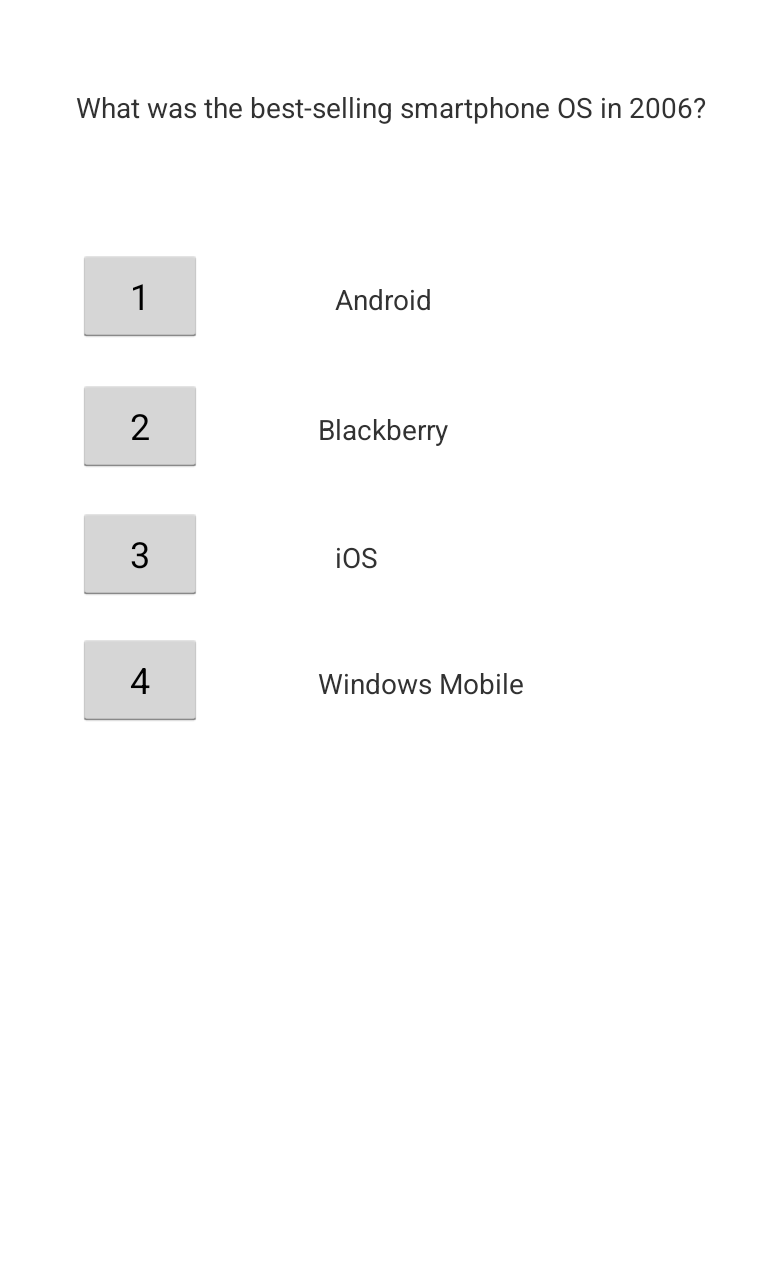
Repository: kjaquier/hangman
Layout: examples/exercises/CS175/Unit3/res/layout/activity_main.xml
The author's editor kept a copy of each file at every save. The layout is drawn from the files as they stood at one save, then again after the next save.
It is drawn on a 768 x 1280 px phone screen (xhdpi) without system bars, with theme AppTheme; the app's code is not run. Lists and similar views that code fills are empty.

Above is the layout before, as saved 2013-07-15 23:44:17.

### examples/exercises/CS175/Unit3/res/layout/activity_main.xml
<RelativeLayout xmlns:android="http://schemas.android.com/apk/res/android"
    xmlns:tools="http://schemas.android.com/tools"
    android:layout_width="match_parent"
    android:layout_height="match_parent"
    android:paddingBottom="@dimen/activity_vertical_margin"
    android:paddingLeft="@dimen/activity_horizontal_margin"
    android:paddingRight="@dimen/activity_horizontal_margin"
    android:paddingTop="@dimen/activity_vertical_margin"
    tools:context=".MainActivity" >

    <TextView
        android:id="@+id/textView1"
        android:layout_width="wrap_content"
        android:layout_height="wrap_content"
        android:layout_alignParentLeft="true"
        android:layout_alignParentTop="true"
        android:layout_marginLeft="22dp"
        android:layout_marginTop="28dp"
        android:text="@string/question_01" />

    <TextView
        android:id="@+id/textView2"
        android:layout_width="wrap_content"
        android:layout_height="wrap_content"
        android:layout_alignParentTop="true"
        android:layout_centerHorizontal="true"
        android:layout_marginTop="124dp"
        android:text="@string/answer_01" />

    <TextView
        android:id="@+id/textView3"
        android:layout_width="wrap_content"
        android:layout_height="wrap_content"
        android:layout_below="@+id/textView1"
        android:layout_centerHorizontal="true"
        android:layout_marginTop="142dp"
        android:text="@string/answer_02" />

    <TextView
        android:id="@+id/textView4"
        android:layout_width="wrap_content"
        android:layout_height="wrap_content"
        android:layout_alignLeft="@+id/textView2"
        android:layout_below="@+id/textView2"
        android:layout_marginTop="110dp"
        android:text="@string/answer_03" />

    <TextView
        android:id="@+id/textView5"
        android:layout_width="wrap_content"
        android:layout_height="wrap_content"
        android:layout_alignLeft="@+id/textView3"
        android:layout_below="@+id/textView3"
        android:layout_marginTop="108dp"
        android:text="@string/answer_04" />

    <Button
        android:id="@+id/button1"
        android:layout_width="wrap_content"
        android:layout_height="wrap_content"
        android:layout_alignBaseline="@+id/textView2"
        android:layout_alignBottom="@+id/textView2"
        android:layout_alignLeft="@+id/textView1"
        android:text="1" />

    <Button
        android:id="@+id/Button01"
        android:layout_width="wrap_content"
        android:layout_height="wrap_content"
        android:layout_alignBaseline="@+id/textView3"
        android:layout_alignBottom="@+id/textView3"
        android:layout_alignLeft="@+id/textView1"
        android:text="2" />

    <Button
        android:id="@+id/Button02"
        android:layout_width="wrap_content"
        android:layout_height="wrap_content"
        android:layout_alignBaseline="@+id/textView4"
        android:layout_alignBottom="@+id/textView4"
        android:layout_alignLeft="@+id/button1"
        android:text="3" />

    <Button
        android:id="@+id/Button03"
        android:layout_width="wrap_content"
        android:layout_height="wrap_content"
        android:layout_alignBaseline="@+id/textView5"
        android:layout_alignBottom="@+id/textView5"
        android:layout_alignLeft="@+id/Button01"
        android:text="4" />

</RelativeLayout>

### examples/exercises/CS175/Unit3/res/values/strings.xml
<?xml version="1.0" encoding="utf-8"?>
<resources>

    <string name="app_name">Unit2</string>
    <string name="action_settings">Settings</string>
    <string name="hello_world">Hello world!</string>
    <string name="question_01">What was the best-selling smartphone OS in 2006?</string>

    <string-array name="answers">
        <item>Android</item>
        <item>Blackberry</item>
        <item>iOS</item>
        <item>Windows Mobile</item>
    </string-array>

    <string name="answer_01">Android</string>
    <string name="answer_02">Blackberry</string>
    <string name="answer_03">iOS</string>
    <string name="answer_04">Windows Mobile</string>
    <string name="title_activity_response">ResponseActivity</string>


</resources>

Loaded but not shown: examples/exercises/CS175/Unit3/res/values/styles.xml (common file); examples/exercises/CS175/Unit3/res/values-v11/styles.xml (common file); examples/exercises/CS175/Unit3/res/values-v14/styles.xml (common file); examples/exercises/CS175/Unit3/res/values/dimens.xml (common file)

After the next save:
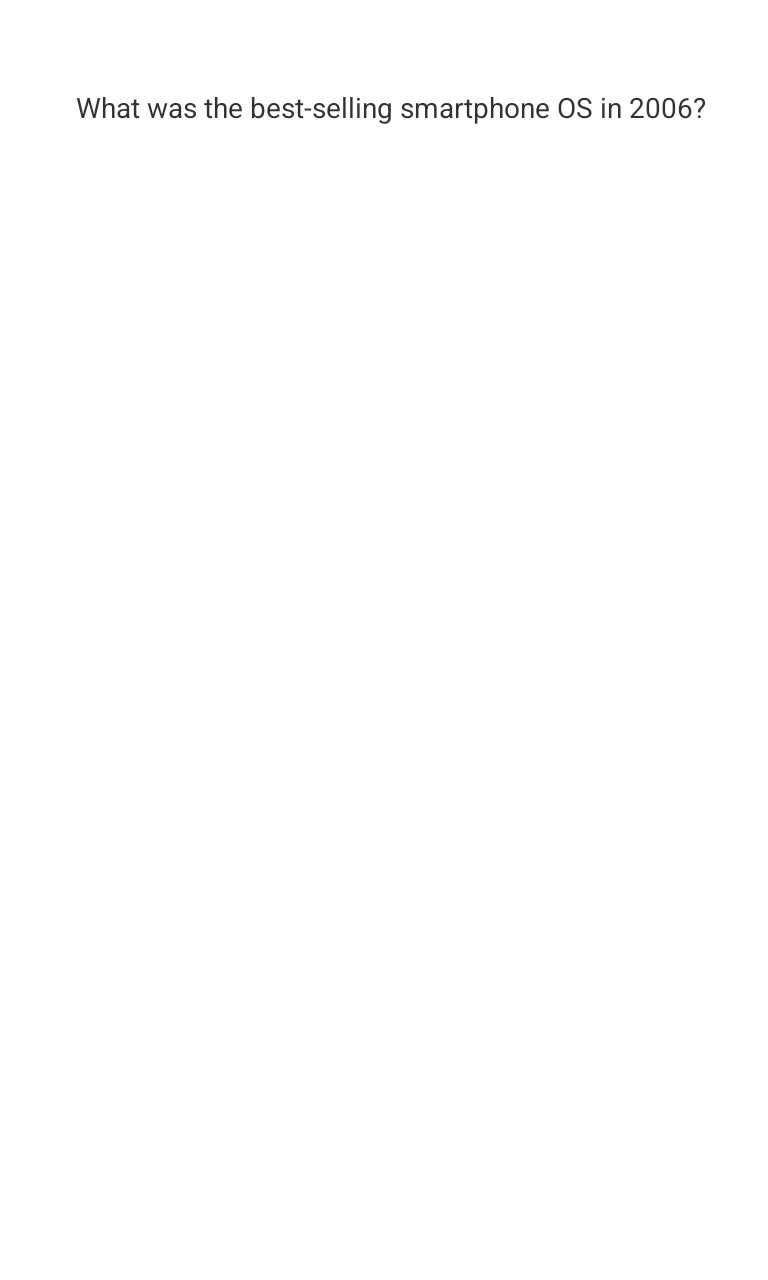
Saved 3 s later.
--- a/examples/exercises/CS175/Unit3/res/layout/activity_main.xml
+++ b/examples/exercises/CS175/Unit3/res/layout/activity_main.xml
@@ -18,76 +18,13 @@
         android:layout_marginTop="28dp"
         android:text="@string/question_01" />
 
-    <TextView
-        android:id="@+id/textView2"
-        android:layout_width="wrap_content"
+    <ListView
+        android:id="@+id/listView1"
+        android:layout_width="match_parent"
         android:layout_height="wrap_content"
-        android:layout_alignParentTop="true"
-        android:layout_centerHorizontal="true"
-        android:layout_marginTop="124dp"
-        android:text="@string/answer_01" />
-
-    <TextView
-        android:id="@+id/textView3"
-        android:layout_width="wrap_content"
-        android:layout_height="wrap_content"
+        android:layout_alignLeft="@+id/textView1"
         android:layout_below="@+id/textView1"
-        android:layout_centerHorizontal="true"
-        android:layout_marginTop="142dp"
-        android:text="@string/answer_02" />
-
-    <TextView
-        android:id="@+id/textView4"
-        android:layout_width="wrap_content"
-        android:layout_height="wrap_content"
-        android:layout_alignLeft="@+id/textView2"
-        android:layout_below="@+id/textView2"
-        android:layout_marginTop="110dp"
-        android:text="@string/answer_03" />
-
-    <TextView
-        android:id="@+id/textView5"
-        android:layout_width="wrap_content"
-        android:layout_height="wrap_content"
-        android:layout_alignLeft="@+id/textView3"
-        android:layout_below="@+id/textView3"
-        android:layout_marginTop="108dp"
-        android:text="@string/answer_04" />
-
-    <Button
-        android:id="@+id/button1"
-        android:layout_width="wrap_content"
-        android:layout_height="wrap_content"
-        android:layout_alignBaseline="@+id/textView2"
-        android:layout_alignBottom="@+id/textView2"
-        android:layout_alignLeft="@+id/textView1"
-        android:text="1" />
-
-    <Button
-        android:id="@+id/Button01"
-        android:layout_width="wrap_content"
-        android:layout_height="wrap_content"
-        android:layout_alignBaseline="@+id/textView3"
-        android:layout_alignBottom="@+id/textView3"
-        android:layout_alignLeft="@+id/textView1"
-        android:text="2" />
-
-    <Button
-        android:id="@+id/Button02"
-        android:layout_width="wrap_content"
-        android:layout_height="wrap_content"
-        android:layout_alignBaseline="@+id/textView4"
-        android:layout_alignBottom="@+id/textView4"
-        android:layout_alignLeft="@+id/button1"
-        android:text="3" />
-
-    <Button
-        android:id="@+id/Button03"
-        android:layout_width="wrap_content"
-        android:layout_height="wrap_content"
-        android:layout_alignBaseline="@+id/textView5"
-        android:layout_alignBottom="@+id/textView5"
-        android:layout_alignLeft="@+id/Button01"
-        android:text="4" />
+        android:layout_marginTop="20dp" >
+    </ListView>
 
 </RelativeLayout>
